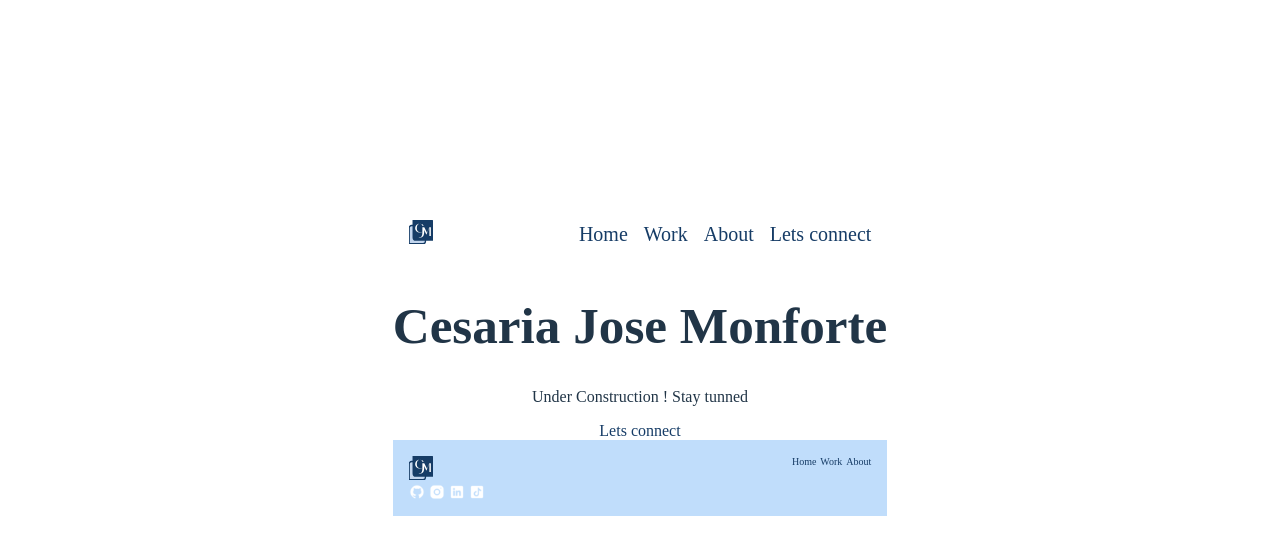
Repository: CesariaMonforte/cesariamonforte
Page: /
The author's editor kept a copy of each file at every save. The page is drawn from the files as they stood at one save, then again after the next save.
The browser window is 1280 px wide. The pictures show the whole page.
The project was rebuilt for these pictures with package versions that can differ from the ones it lists, and the page was loaded fresh each time. Also part of the build but not shown: vite.config.js.

Above is the page before, as saved 2026-01-25 11:21:48.

### index.html
<!doctype html>
<html lang="en">
  <head>
    <meta charset="UTF-8" />
    <link rel="icon" type="image/svg+xml" href="/Logo.svg" />
    <meta name="viewport" content="width=device-width, initial-scale=1.0" />
    <title>cesariamonforte</title>
  </head>
  <body>
    <div id="root"></div>
    <script type="module" src="/src/main.jsx"></script>
  </body>
</html>

### src/index.css
a {
    font-weight: 500;
    color: #163c66;
    text-decoration: inherit;
}
a:hover {
    color: #535bf2;
}

body {
    margin: 0;
    display: flex;
    place-items: center;
    min-width: 320px;
    min-height: 100vh;
}

h1 {
    font-size: 3.2em;
    line-height: 1.1;
}

button {
    border-radius: 8px;
    border: 1px solid transparent;
    padding: 0.6em 1.2em;
    font-size: 1em;
    font-weight: 500;
    font-family: inherit;
    background-color: #1a1a1a;
    cursor: pointer;
    transition: border-color 0.25s;
}
button:hover {
    border-color: #646cff;
}
button:focus,
button:focus-visible {
    outline: 4px auto -webkit-focus-ring-color;
}

@media (prefers-color-scheme: light) {
    :root {
        color: #213547;
        background-color: #ffffff;
    }
    a:hover {
        color: #747bff;
    }
    button {
        background-color: #f9f9f9;
    }
}

/* ------------------------------------------------------ VARIABLES ------------------------------------------------------ */
:root {
    /* ----- COLORS ----- */
    --primary-50: #ebf4fe;
    --primary-100: #c0ddfb;
    --primary-200: #a2ccf9;
    --primary-300: #78b5f7;
    --primary-400: #5da6f5;
    --primary-500: #3590f3;
    --primary-600: #3083dd;
    --primary-700: #2666ad;
    --primary-800: #1d4f86;
    --primary-900: #163c66;

    --secondary-500: #aadc66;
    --secondary-100: #e5f4d0;
    --secondary-700: #799c48;
    /* -- neutral colors -- */

    --bege-500: #fdf7eb;
    --white: #ffffff;
    --black-500: #060606;
    --black-400: #383838;
    --black-300: #585858;
    --black-200: #8c8c8c;
    --black-100: #b2b2b2;
    --black-50: #e6e6e6;

    /* -- warn colors -- */

    --yellow-500: #ffbf00;
    --orange-500: #ff6600;
    --red-500: #ff2f3d;

    /* ----- TYPE ----- */
    --font-family: "Bricolage Grotesque", sans-serif;

    --font-size-extra-large: 88px;
    --font-size-large: 30px;
    --font-size-extra-medium: 24px;
    --font-size-medium: 20px;
    --font-size-regular: 16px;
    --font-size-small: 12px;
    --font-size-extra-small: 10px;

    --font-style-normal: normal;
    --font-weight-bold: bold;

    --line-height-xxlarge: 100px;
    --line-height-large: 36px;
    --line-height-medium: 28px;
    --line-height-small: 20px;

    /* ----- SPACING ----- */
    --space-extra-small: 4px;
    --space-small: 8px;
    --space-regular: 16px;
    --space-medium: 32px;
    --space-large: 48px;
    --space-extra-large: 140px;
}

### src/App.jsx
import { useState } from "react";
import "./App.css";

import NavBar from "./_ui/NavBar/NavBar";
import Footer from "./_ui/Footer/Footer";

function App() {
    return (
        <div>
            <NavBar />

            <div>
                <h1>Cesaria Jose Monforte</h1>
                <p>Under Construction ! Stay tunned</p>
            </div>

            <a
                href='https://www.linkedin.com/in/cesariamonforte/'
                target='_blank'
                rel='noopener noreferrer'>
                Lets connect
            </a>

            <Footer />
        </div>
    );
}

export default App;

### src/_ui/NavBar/NavBar.jsx
import styles from "./NavBar.module.css";

function NavBar({
}) {

    return (
        <div className={styles.navbar}>

            <div >
            <img src="/Logo.svg" alt="logo" className={styles.logo}/>
            </div>

            <div className={styles.navLinks}>
                <a href="/">Home</a>
                <a href="/">Work</a>
                <a href="/">About</a>
                <div>
                Lets connect
                </div>
            </div>

        </div>

    );
}
export default NavBar;

### src/_ui/Footer/Footer.jsx
import styles from "./Footer.module.css";

function Footer({}) {
    return (
        <div className={styles.footer_container}>
            <div className={styles.container_logo_connection}>
                <img
                    src='/Logo.svg'
                    alt='logo'
                    className={styles.logo}
                />
                <div className={styles.connection_links}>
                    <img
                        src='/GitHub.svg'
                        alt='logo'
                        className={styles.connection}
                    />
                    <img
                        src='/Instagram.svg'
                        alt='logo'
                        className={styles.connection}
                    />
                    <img
                        src='/LinkedIn.svg'
                        alt='logo'
                        className={styles.connection}
                    />
                    <img
                        src='/TikTok.svg'
                        alt='logo'
                        className={styles.connection}
                    />
                </div>
            </div>

            <div className={styles.navLinks}>
                <a href='/'>Home</a>
                <a href='/'>Work</a>
                <a href='/'>About</a>
            </div>
        </div>
    );
}
export default Footer;

### src/_ui/NavBar/NavBar.module.css
/* Extra small devices  */
@media (min-width: 200px) {
    .navbar {
        display: flex;
        flex-direction: row;
        justify-content: space-between;
        align-items: center;
        padding: 1rem;
        background-color: var(--white);
    }
    .navLinks {
        display: flex;
        flex-direction: row;
        justify-content: space-between;
        align-items: center;
        color: var(--primary-900);
        gap: 1rem;
        font-size: var(--font-size-extra-small);
    }
    .logo {
        width: 24px;
        height: auto;
    }
}

/* Regular iphone and tablet */

@media (min-width: 600px) {
    .navbar {
        display: flex;
        flex-direction: row;
        justify-content: space-between;
        align-items: center;
        padding: 1rem;
        background-color: var(--white);
    }
    .navLinks {
        display: flex;
        flex-direction: row;
        justify-content: space-between;
        align-items: center;
        color: var(--primary-900);
        gap: 1rem;
        font-size: var(--font-size-small);
    }
    .logo {
        width: 24px;
        height: auto;
    }
}

/* Laptops Desktop Devices */
@media (min-width: 900px) {
    .navbar {
        display: flex;
        flex-direction: row;
        justify-content: space-between;
        align-items: center;
        padding: 1rem;
        background-color: var(--white);
    }
    .navLinks {
        display: flex;
        flex-direction: row;
        justify-content: space-between;
        align-items: center;
        color: var(--primary-900);
        gap: 1rem;
        font-size: var(--font-size-medium);
    }
    .logo {
        width: 24px;
        height: auto;
    }
}

/* Extra large Desktop Devices */
@media (min-width: 1300) {
    .navbar {
        display: flex;
        flex-direction: row;
        justify-content: space-between;
        align-items: center;
        padding: 1rem;
        background-color: var(--white);
    }
    .navLinks {
        display: flex;
        flex-direction: row;
        justify-content: space-between;
        align-items: center;
        color: var(--primary-900);
        gap: 1rem;
        font-size: var(--font-size-medium);
    }
    .logo {
        width: 24px;
        height: auto;
    }
}

### src/_ui/Footer/Footer.module.css
/* Extra small devices  */
@media (min-width: 200px) {
    .footer_container {
        display: flex;
        flex-direction: row;

        align-items: flex-start;
        justify-content: space-between;
        padding: 1rem;
        background-color: var(--primary-100);
    }
    .navLinks {
        display: flex;
        flex-direction: row;
        gap: var(--space-extra-small);
        align-items: flex-end;
        color: var(--primary-900);
        font-size: var(--font-size-extra-small);
    }
    .logo {
        width: 24px;
        height: auto;
    }

    .container_logo_connection {
        display: flex;
        flex-direction: column;
        align-items: flex-start;
        gap: var(--space-extra-small);
    }

    .connection_links {
        display: flex;
        flex-direction: row;
        gap: var(--space-extra-small);
    }
    .connection {
        width: 16px;
        height: auto;
    }
}

/* Regular iphone and tablet */

@media (min-width: 600px) {
    .footer_container {
        display: flex;
        flex-direction: row;
        justify-content: space-between;
        align-items: flex-start;
        padding: 1rem;
        background-color: var(--primary-100);
    }
    .navLinks {
        display: flex;
        flex-direction: row;
        gap: var(--space-extra-small);
        align-items: flex-end;
        color: var(--primary-900);
        font-size: var(--font-size-extra-small);
    }
    .logo {
        width: 24px;
        height: auto;
    }

    .container_logo_connection {
        display: flex;
        flex-direction: column;
        align-items: flex-start;
        gap: var(--space-extra-small);
    }

    .connection_links {
        display: flex;
        flex-direction: row;
        gap: var(--space-extra-small);
    }
    .connection {
        width: 16px;
        height: auto;
    }
}

/* Laptops Desktop Devices */
@media (min-width: 900px) {
    .footer_container {
        display: flex;
        justify-content: space-between;
        flex-direction: row;
        align-items: flex-start;
        padding: 1rem;
        background-color: var(--primary-100);
    }
    .navLinks {
        display: flex;
        flex-direction: row;
        gap: var(--space-extra-small);
        align-items: flex-end;
        color: var(--primary-900);
        font-size: var(--font-size-extra-small);
    }
    .logo {
        width: 24px;
        height: auto;
    }

    .container_logo_connection {
        display: flex;
        flex-direction: column;
        align-items: flex-start;
        gap: var(--space-extra-small);
    }

    .connection_links {
        display: flex;
        flex-direction: row;
        gap: var(--space-extra-small);
    }
    .connection {
        width: 16px;
        height: auto;
    }
}

/* Extra large Desktop Devices */
@media (min-width: 1300) {
    .navbar {
        display: flex;
        flex-direction: row;
        justify-content: space-between;
        align-items: center;
        padding: 1rem;
        background-color: var(--white);
    }
    .navLinks {
        display: flex;
        flex-direction: row;
        justify-content: space-between;
        align-items: center;
        color: var(--primary-900);
        gap: 1rem;
        font-size: var(--font-size-medium);
    }
    .logo {
        width: 24px;
        height: auto;
    }
}

Loaded but not shown: src/main.jsx (common file); src/App.css (common file)

After the next save:
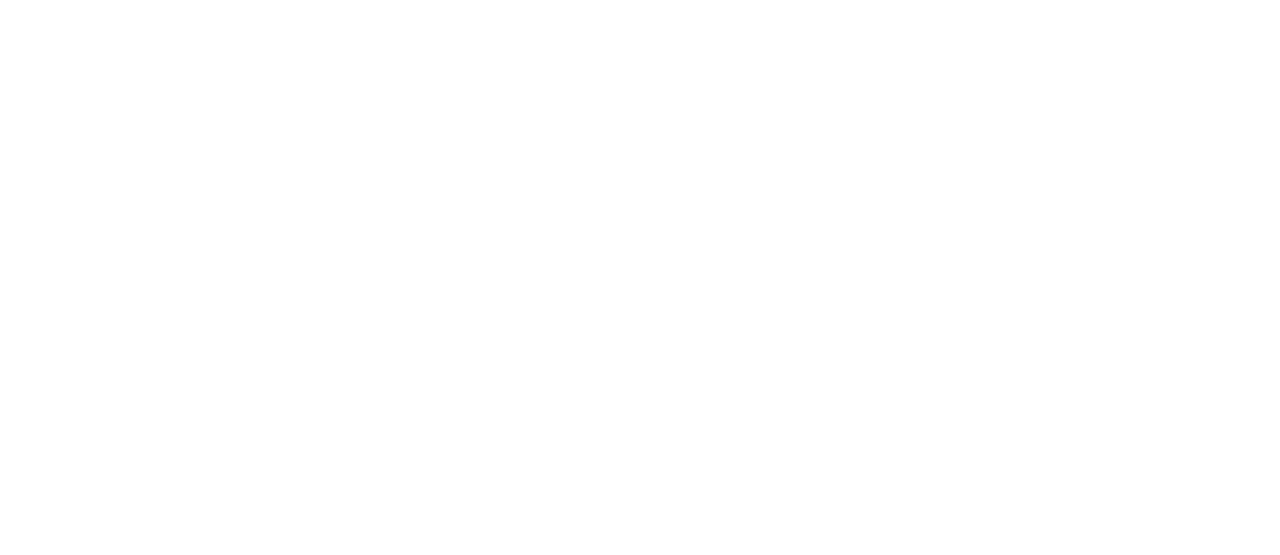
Console error (its wording comes from the project's code and is left out).
Saved 25 s later.
--- a/src/_ui/Footer/Footer.jsx
+++ b/src/_ui/Footer/Footer.jsx
@@ -41,4 +41,4 @@
         </div>
     );
 }
-export default Footer;
+export default Footer();

After the save that followed:
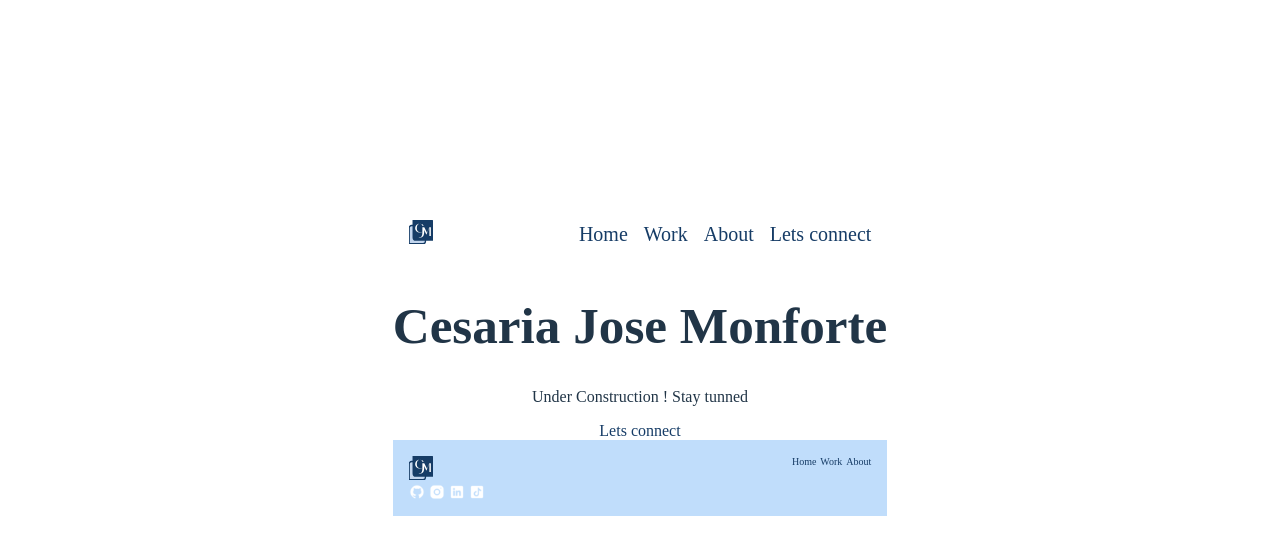
The error is gone.
Saved 8 s later.
--- a/src/_ui/Footer/Footer.jsx
+++ b/src/_ui/Footer/Footer.jsx
@@ -41,4 +41,4 @@
         </div>
     );
 }
-export default Footer();
+export default Footer;
